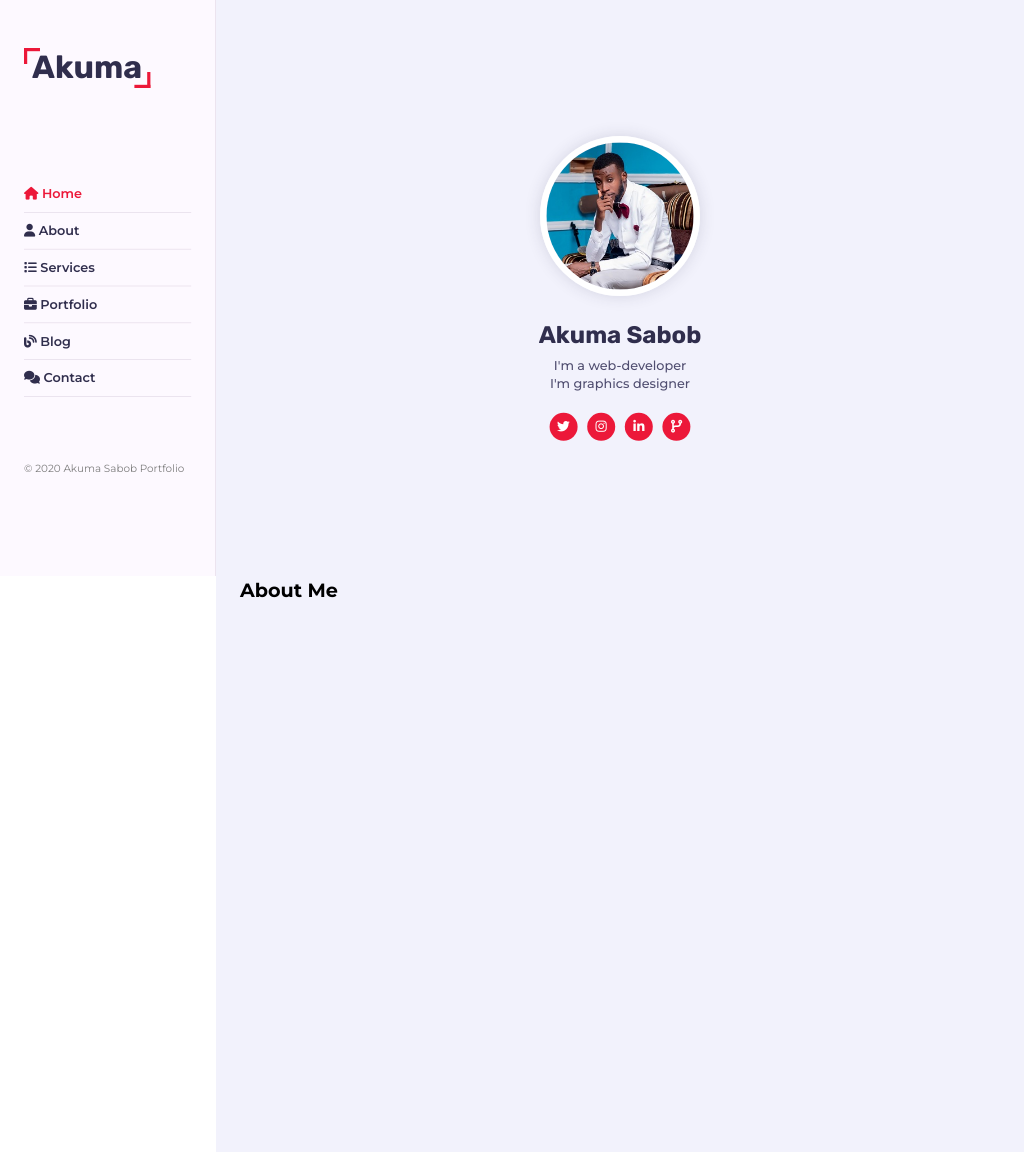
Repository: Akuma001/MY-Portfolio
Page: index.html
These files come from the project's save history. The page is drawn as it stood at one moment and after the next save; the edit follows.
The browser window is 1280 px wide. The pictures show the whole page, at 80% of full size.
Some web libraries are served in a nearby version.

Above is the page before, as saved 2020-12-13 16:58:15.

### index.html
<!DOCTYPE html>
<html lang="en">
<head>
  <title>Akuma Sabob</title>
  <meta charset="utf-8">
  <meta name="viewport" content="width=device-width, initial-scale=1">
   <!-- Template css Files -->
	<link rel="stylesheet" href="./css/style.css" type="text/css">
  <link rel="stylesheet" href="./css/skins/pink.css" type="text/css">
  <!-------Favcon icon-------->
  <link href="./images/favicon.ico" rel="icon" type="image/x-icon" />
  <!------------Font-Awesome---------------->
  <script src="https://kit.fontawesome.com/bd6f97032f.js" crossorigin="anonymous"></script>
</head>
<body>
<!-----------Main------------->
<div class="main-container">
<!-----------Side------------->
  <div class="aside">
    <div class="logo">
      <a href="#">Akuma</a>
    </div>

     <!----------Nav toggler---------->
     <div class="nav-toggler">
       <span></span>
     </div>
     <!----------Nav toggler---------->

    <!----------Nav Bar---------->
    <ul class="nav">
      <li><a href="#" class="active"><i class="fa fa-home"></i> Home</a></li>
      <li><a href="#"><i class="fa fa-user"></i> About</a></li>
      <li><a href="#"><i class="fa fa-list"></i> Services</a></li>
      <li><a href="#"><i class="fa fa-briefcase"></i> Portfolio</a></li>
      <li><a href="#"><i class="fas fa-blog"></i> Blog</a></li>
      <li><a href="#"><i class="fa fa-comments"></i> Contact</a></li>
    </ul>
    <div class="copyright-text">
      &copy; 2020 Akuma Sabob Portfolio
    </div>

  </div>
<!-----------Side End------------->

<!-----------Main content------------->
  <div class="main-content">

    <section class="home section hidden">
      <div class="container">
        <div class="intro">
          <img src="./images/profile.jpg" alt="Profile" class="shadow-dark">
          <h1>Akuma Sabob</h1>
          <p>I'm a web-developer <br> I'm graphics designer</p>
          <div class="social-link">
            <a href="#"><i class="fa fa-twitter"></i></a>
            <a href="#"><i class="fa fa-instagram"></i></a>
            <a href="#"><i class="fa fa-linkedin"></i></a>
            <a href="#"><i class="fas fa-code-branch"></i></a>
          </div>
        </div>
      </div>
    </section>

    <!-----------About------------->

      <section class="about section">
        <div class="container">
          <div class="row">
            <div class="section-title">
              <h2>About Me</h2>
            </div>
          </div>
        </div>
      </section>

    <!-----------About End------------->
  </div>
<!-----------Main content End------------->
</div>
<!-----------Main------------->
</body>
</html>

### css/style.css

 /*Font Awesome Free Icon*/
 @import url("https://stackpath.bootstrapcdn.com/font-awesome/4.7.0/css/font-awesome.min.css");
 /*Google fonts*/
 @import url('https://fonts.googleapis.com/css?family=Montserrat:400,500,600,700&display=swap');
 @import url('https://fonts.googleapis.com/css?family=Rubik:500,700,900&display=swap');


body{
    margin: 0;
    line-height: 1.5;
    font-size: 16px;
    font-family: 'Montserrat', sans-serif;
    font-weight: 400;
}
*{
    margin: 0;
    padding: 0;
    outline: none;
    text-decoration: none;
    box-sizing: border-box;
}
::before, ::after{
    box-sizing: border-box;
}

.section{
    background-color: #f2f2fc;
    min-height: 100vh;
    display: block;
    padding: 0 30px;
}
.main-content{
    padding-left: 270px;
}

.container{
    max-width: 1100px;
    width: 100%;
    margin: auto;
}
.shadow-dark{
    -webkit-box-shadow: 0 0 20px rgba(48, 46, 77, 0.15);
    box-shadow: 0 0 20px rgba(48, 46, 77, 0.15);
}
.hidden{
    display: none;
}

 /*    aside  */
 .aside{
     width: 270px;
     background-color: #fdf9ff;
     position: fixed;
     height: 100%;
     left: 0;
     top: 0;
     z-index: 10;
     border-right: 1px solid #e8dfec;
     padding: 30px;
 }


 .aside .logo{
    padding: 30px 0;
 }
 .aside .logo a{
     font-size: 40px;
     color: #302e4d;
     font-family: 'Rubik', sans-serif;
     font-weight: 700;
     text-decoration: none;
     display: inline-block;
     position: relative;
     padding: 0 10px;
     line-height: 50px;
 }
 .aside .logo a::before{
     content: '';
     height: 20px;
     width: 20px;
     position: absolute;
     top: 0;
     left: 0;
 }
 .aside .logo a::after{
    content: '';
    height: 20px;
    width: 20px;
    position: absolute;
    bottom: 0;
    right: 0;
 }
 .aside .nav-toggler{
     height: 40px;
     width: 45px;
     border: 1px solid #d4d4e3;
     cursor: pointer;
     position: fixed;
     left: 300px;
     top: 30px;
     z-index: 11;
     border-radius: 5px;
     background-color: #fdf9ff;
     /*
     display: -ms-flexbox;
     display: flex;
     */
     display: none;
     -ms-flex-align: center;
     align-items: center;
     -ms-flex-pack: center;
     justify-content: center;
 }
 .aside .nav-toggler span{
    height: 2px;
    width: 18px;
    display: inline-block;
    position: relative;
 }
 .aside .nav-toggler span::before{
     content: '';
     height: 2px;
     width: 18px;
     position: absolute;
     top: -6px;
     left: 0;
 }
 .aside .nav-toggler span::after{
    content: '';
    height: 2px;
    width: 18px;
    position: absolute;
    top: 6px;
    left: 0;
}
 .aside .nav{
    list-style: none;
     margin: 80px 0;
     padding: 0;
 }
 .aside .nav li{
     display: block;
 }
 .aside .nav li a{
     font-size: 16px;
     font-weight: 600;
     color: #302e4d;
     text-decoration: none;
     line-height: 45px;
     display: block;
     border-bottom: 1px solid #e8dfec;
     -webkit-transition: all 0.3s ease;
     transition: all 0.3s ease;
     text-transform: capitalize;
 }
 .aside .nav li a:not(.active):hover{
     padding-left: 5px;
 }
 .aside .nav li a fa{
     margin-right: 5px;
 }
 .aside .copyright-text{
    font-size: 13px;
    color: #7d7d7d;
 }

 /*    Home      */

 .home{
     min-height: 100vh;
     display: -ms-flexbox;
     display: flex;
 }

 .home .intro{
     text-align: center;
 }

 .home .intro img{
     height: 200px;
     width: 200px;
     border-radius: 50%;
     display: inline-block;
     border: 8px solid #ffffff;
 }

 .home .intro h1{
     font-size: 30px;
     color: #302e4d;
     font-family: 'Rubik', sans-serif;
     font-weight: 700;
     margin: 20px 0 5px;
 }
 .home .intro p{
     font-size: 16px;
     font-weight: 500;
     margin: 0%;
     line-height: 22px;
     color: #504e70;
 }

 .home .intro .social-link{
     margin-top: 25px;
 }

 .home .intro .social-link a{
     height: 35px;
     width: 35px;
     display: inline-block;
     text-align: center;
     line-height: 35px;
     color: #ffffff;
     margin: 0 4px;
     border-radius: 50%;
     text-decoration: none;
     -webkit-transition: all 0.3s ease;
     transition: all 0.3s ease;
 }

 .home .intro .social-link a:hover{
    -webkit-transform: scale(1.1);
    transform: scale(1.1);
 }


 /*      About Section     */

 .section-title{

 }

### css/skins/pink.css
.aside .logo a::before{
    border-top: 4px solid #ec1839;
    border-left: 4px solid #ec1839;
}

.aside .logo a::after{
    border-right: 4px solid #ec1839;
    border-bottom: 4px solid #ec1839;
}
.aside .nav li a:hover,
.aside .nav li a.active{
    color: #ec1839;
}
.aside .nav-toggler span,
.aside .nav-toggler span::before,
.aside .nav-toggler span::after,
.home .intro .social-link a{
    background-color: #ec1839;
}

After the next save:
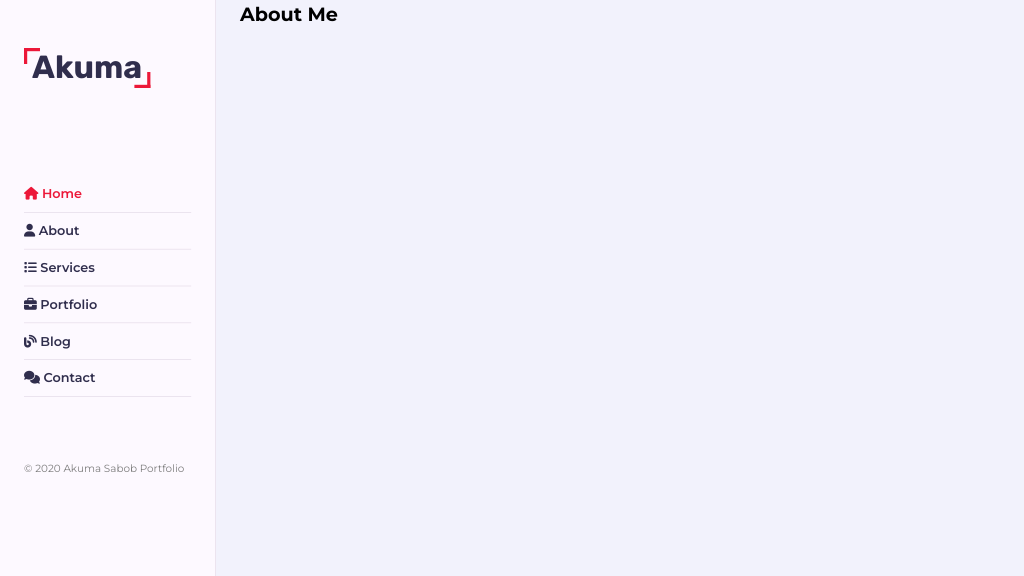
Saved 45 s later.
--- a/css/style.css
+++ b/css/style.css
@@ -44,7 +44,7 @@ body{
     box-shadow: 0 0 20px rgba(48, 46, 77, 0.15);
 }
 .hidden{
-    display: none;
+    display: none !important;
 }
 
  /*    aside  */
